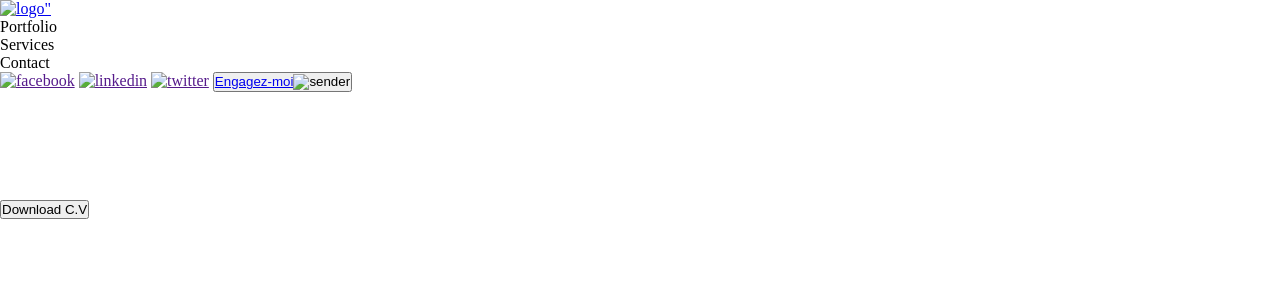
Repository: helfina/my_SiteWeb_gaelle-kfe
Page: index.html
These files come from the project's save history. The page is drawn as it stood at one moment and after the next save; the edit follows.
The browser window is 1280 px wide. The pictures show the whole page.

Above is the page before, as saved 2020-11-08 11:27:35.

After the next save:
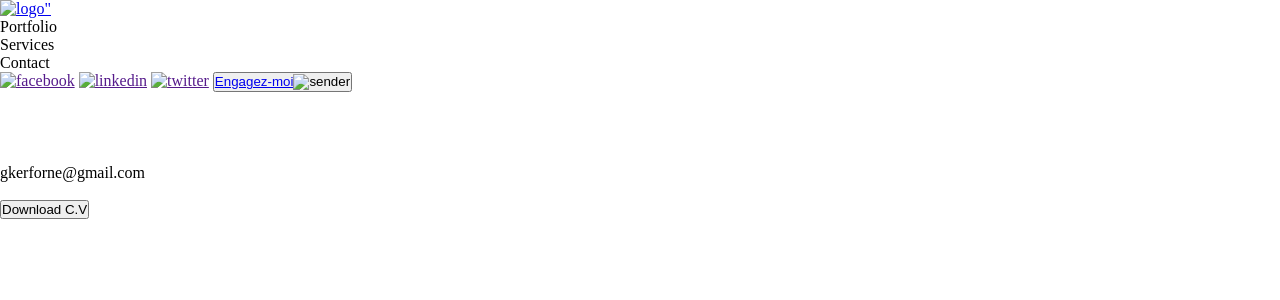
Saved 8 s later.
--- a/index.html
+++ b/index.html
@@ -38,7 +38,7 @@
                 <li></li>
                 <li></li>
                 <li></li>
-                <li><a href="mailto:gkerforne@gmail.com"></a></li>
+                <li><a href="mailto:gkerforne@gmail.com"></a>gkerforne@gmail.com</li>
                 <li><a href="tel:"></a></li>
             </ul>
             <button><a href="" download=""></a>Download C.V</button>

After the save that followed:
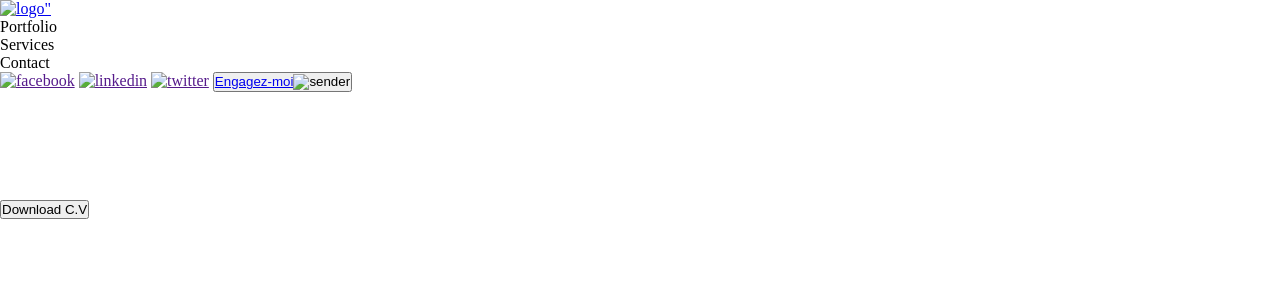
Saved 10 s later.
--- a/index.html
+++ b/index.html
@@ -38,7 +38,7 @@
                 <li></li>
                 <li></li>
                 <li></li>
-                <li><a href="mailto:gkerforne@gmail.com"></a>gkerforne@gmail.com</li>
+                <li><a href="mailto:gkerforne@gmail.com"></a><gkerforne@gmail.com</li>
                 <li><a href="tel:"></a></li>
             </ul>
             <button><a href="" download=""></a>Download C.V</button>
